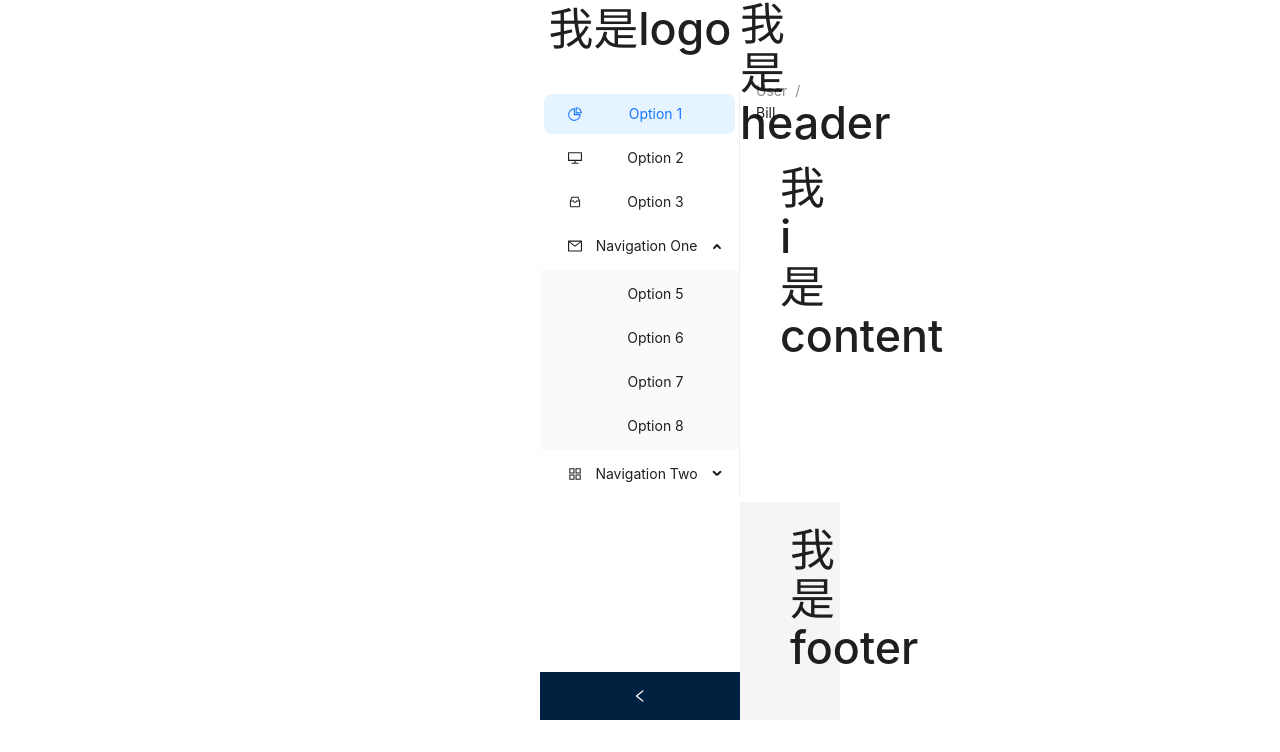
Repository: chenyl8848/chen-tool-collection
Page: /
These files come from the project's save history. The page is drawn as it stood at one moment and after the next save; the edit follows.
The browser window is 1280 px wide. The pictures show the whole page.
The project was rebuilt for these pictures with package versions that can differ from the ones it lists, and the page was loaded fresh each time. Also part of the build but not shown: vite.config.ts, src/components/HelloWorld.vue.

Above is the page before, as saved 2024-01-09 11:14:36.

After the next save:
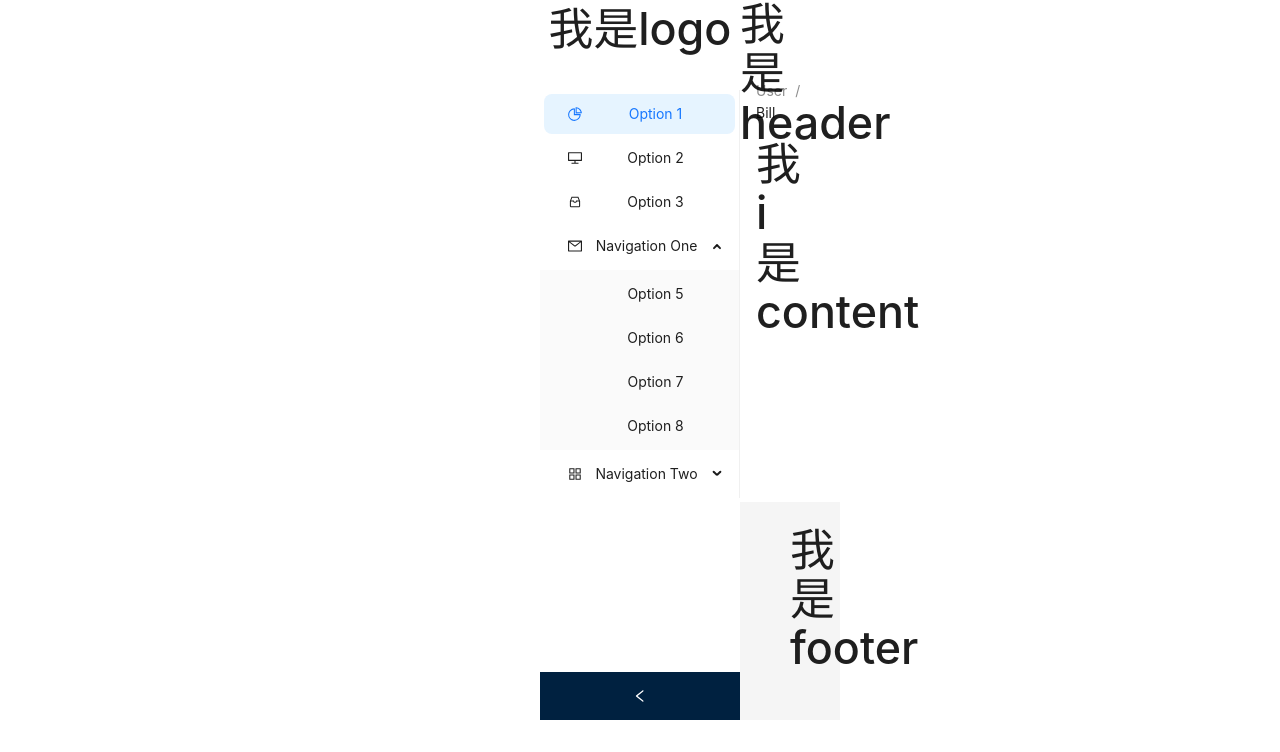
Saved 11 s later.
--- a/src/layout/content/index.vue
+++ b/src/layout/content/index.vue
@@ -4,7 +4,7 @@
 
 <template>
   <Breadcrumb></Breadcrumb>
-  <div :style="{ padding: '24px', background: '#fff', minHeight: '360px' }">
+  <div class="content">
     <h1>我i是content</h1>
   </div>
 </template>
